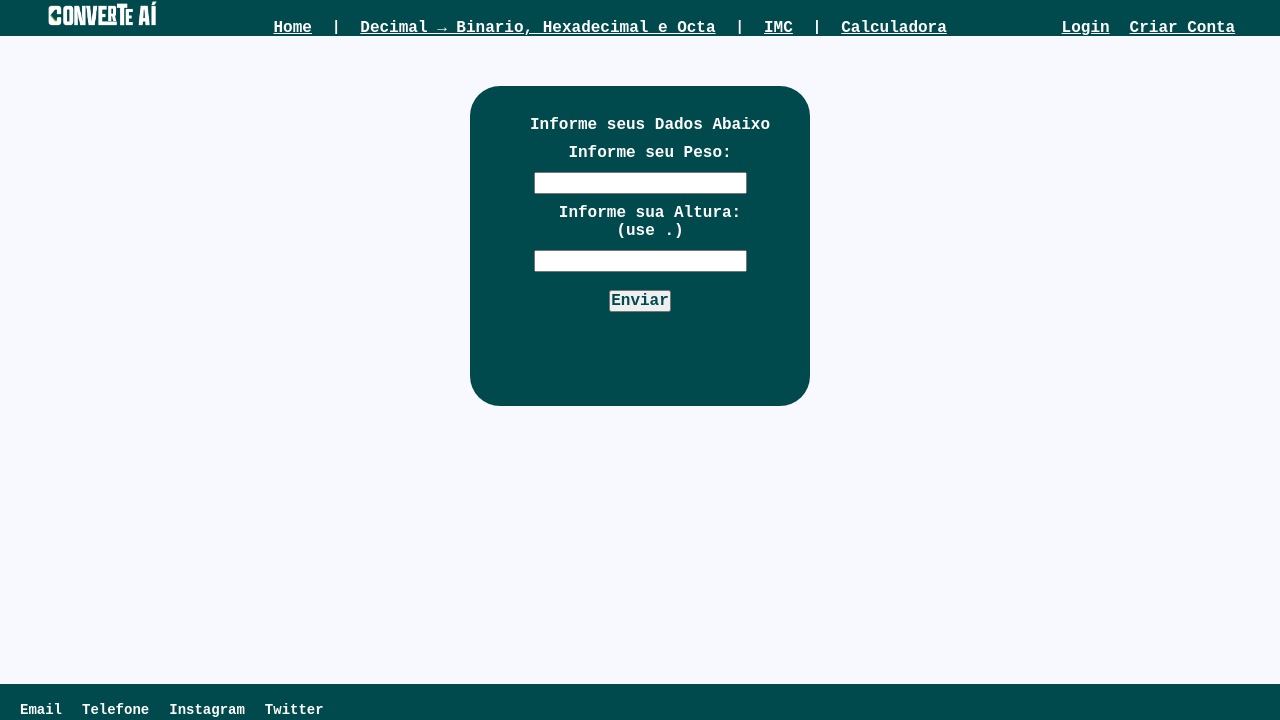
Repository: Frav1u/converteai
Page: ConverteAi/src/main/webapp/imc.html
An editor plug-in stored every save of this project. The page is shown before and after the next save, followed by the edit.
The browser window is 1280 px wide. The pictures show the whole page.
Some web fonts or font styles are not loaded; a fallback is used.

Above is the page before, as saved 2023-10-04 04:09:12.

### ConverteAi/src/main/webapp/imc.html
<!DOCTYPE html>
<html>
<head>
	<meta charset="UTF-8">
<title>Decimal Para Binario</title>
<link href="https://fonts.googleapis.com/css2?family=Inter:wght@400;700&family=Space+Mono:wght@400;700&display=swap"
        rel="stylesheet">
    <link rel="stylesheet" href="styleimc.css">
    <link rel="icon" href="icone-removebg-preview.png">

</head>
<body>
		<header>
			<a href="home.html"><img class="img" src="logo.png"></a>
			<nav>
			<ul class="menu">
				<li><a href="home.html">Home</a></li>
				<li>  |  </li>
				<li><a href="decimalParaBinario.html">Decimal → Binario, Hexadecimal e Octa</a></li>
				<li>  |  </li>
				<li><a href="imc.html">IMC</a></li>
				<li>  |  </li>
				<li><a href="calculadora.html">Calculadora</a></li>
			</ul>
		</nav>
			<ul class="conta">
				<li><a href="login.html" style="color: white;">Login</a></li>
				<li><a href="cadastro.html">Criar Conta</a></li>
		</ul>
	</header>

	<main>
		<title>Calculadora de IMC</title>

</head>

<body>
<div class="caixa">
<form action = "receber.jsp">
	<ul>
		<li class="info"><p>Informe seus Dados Abaixo</p></li>
		<li class="li1"><p>Informe seu Peso: </p></li>
		<input class="li2" type="text" id="peso" name="peso">
		<li class="li1"><p>Informe sua Altura: <br>(use .)</p></li>
		<input class="li2" type="text" id="altura" name="altura">
	</ul>
	<br>
		 <input class="enviar" type ="submit" value = "Enviar">
		<br>

</form>
</div>
	</main>
	<footer>
		<ul class="contatos">
			<li>Email</li>
			<li>Telefone</li>
			<li>Instagram</li>
			<li>Twitter</li>
		</ul>

	</footer>
</body>

</html>

### ConverteAi/src/main/webapp/styleimc.css

* {
    margin: 0;
    padding: 0;
    box-sizing: border-box;
    font-family: 'Apotek Bold', monospace;
    font-weight: 600;
    font-size: 16px;
    outline: none;
	color: white;
}

body{
	background-color:  ghostwhite
}

li{
	font-size: 14px;
	margin-left: 20px;
}
header{
	background-color: hsl(183, 100%, 15%);
	color: white;
	height: 5vh;
    color: inherit;
    display: flex;
    display: flex;
    justify-content: center;
    align-items: center;
    justify-content: space-evenly;
}

.contatos{
	display: flex;
	list-style: none;
}

footer{
	background-color: hsl(183, 100%, 15%);
	color: white;
	height: 5vh;
    padding-top: 18px;

}

.logo{
	color: white;
}
.menu{
	color: white;
	display: flex;
	margin-top: 20px;
	margin-left: 50px;
	list-style: none;

}

.conta{
	color: white;
	display: flex;
	margin-top: 20px;
	margin-left: 50px;
	list-style: none;
}

.menu a {
	color: white;
	font-size: 16px;

}



nav{
	display: flex;
	justify-content: center;
	align-items: center;
}


main{
	height: 90vh;
	text-align: center;
	padding-top: 30px;
}

.img{
	width: 114px;
}
.caixa{
	height: 320px;
	width: 340px;
	background-color: hsl(183, 100%, 15%);
	margin: 20px auto;
	border-radius: 30px;
	padding: 30px;
	}

	ul{
		color: white;
		list-style: none;
	}

.li1{
	margin-top: 10px;
	color: white;
	list-style: none;
}


.li2{
	margin-top: 10px;
	color: black;
}


info{
	padding-top: 10px;
	padding-bottom: 10px;
	margin-top: 50px;
	color: white;
	list-style: none;
}

.enviar{
	color:  hsl(183, 100%, 15%);
}

After the next save:
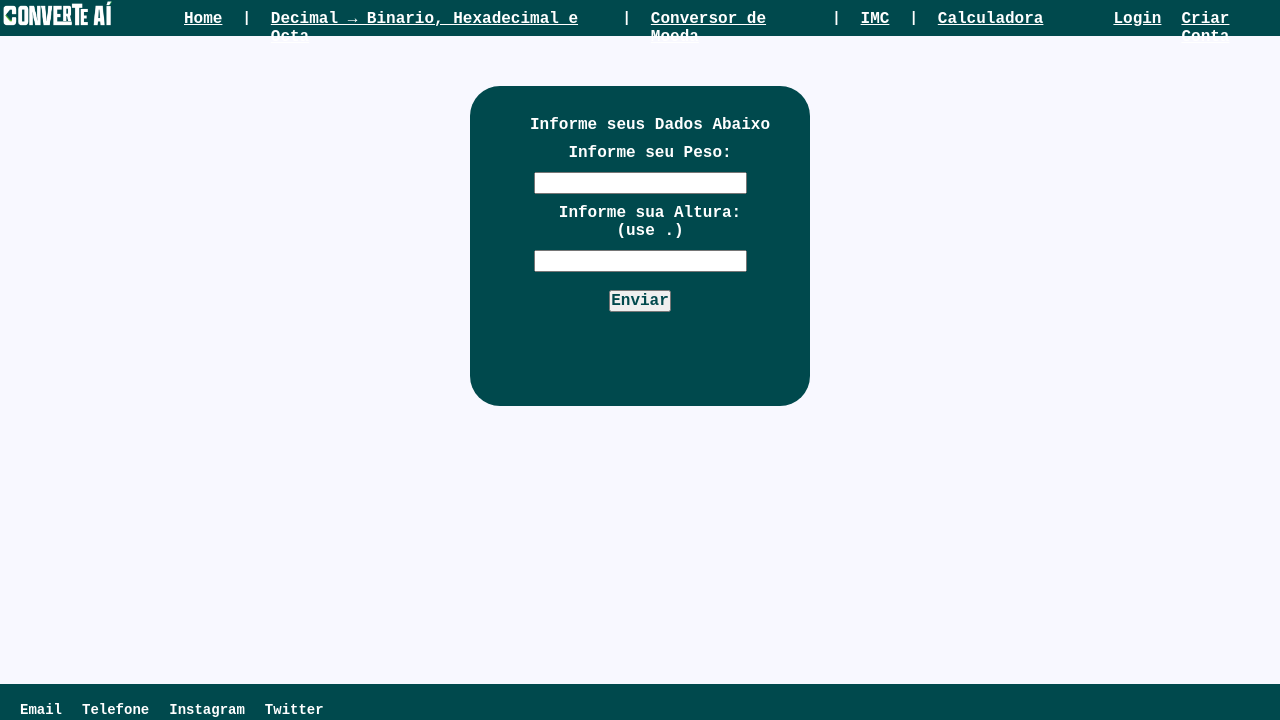
Saved 12 s later.
--- a/ConverteAi/src/main/webapp/imc.html
+++ b/ConverteAi/src/main/webapp/imc.html
@@ -17,6 +17,8 @@
 				<li><a href="home.html">Home</a></li>
 				<li>  |  </li>
 				<li><a href="decimalParaBinario.html">Decimal → Binario, Hexadecimal e Octa</a></li>
+				<li>  |  </li>
+				<li><a href="conversordemoeda.html">Conversor de Moeda</a></li>
 				<li>  |  </li>
 				<li><a href="imc.html">IMC</a></li>
 				<li>  |  </li>
